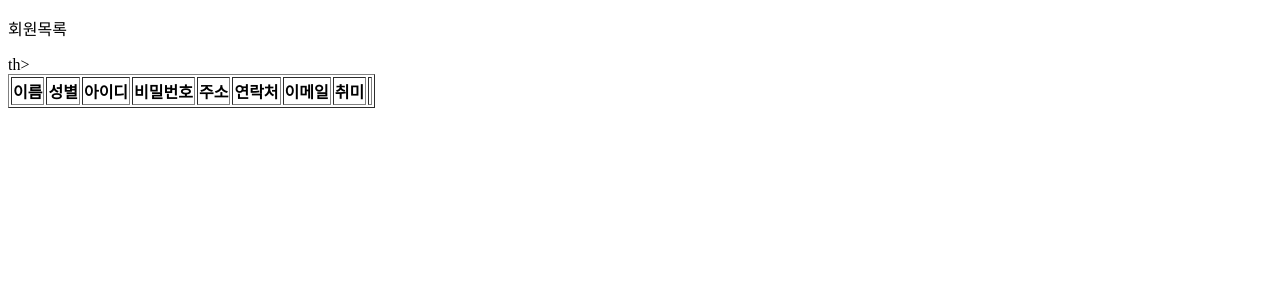
Repository: tngus3580/tngus3580
Page: http://localhost/chap04/list
An editor plug-in stored every save of this project. The page is shown before and after the next save, followed by the edit.
The browser window is 1280 px wide. The pictures show the whole page.
The page is served by Tomcat 9. Queries for data that is not in the repository find no rows.

Above is the page before, as saved 2020-11-09 02:54:03.

After the next save:
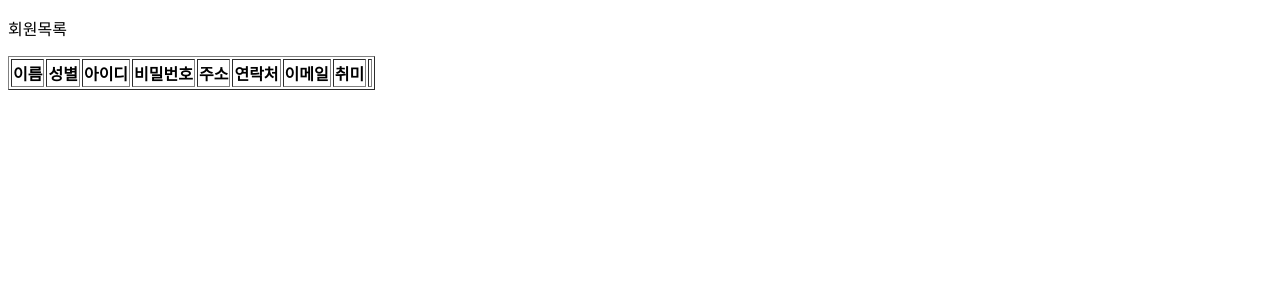
Saved 22 s later.
--- a/chap04/WebContent/list.jsp
+++ b/chap04/WebContent/list.jsp
@@ -14,7 +14,7 @@
 	<tr>
 		<th>이름</th><th>성별</th><th>아이디</th><th>비밀번호</th>
 		<th>주소</th>
-		<th>연락처</th><th>이메일</th><th>취미</th><th></tr>th>
+		<th>연락처</th><th>이메일</th><th>취미</th><th></tr>
 	<%
 			ArrayList<Member> al = (ArrayList<Member>) request.getAttribute("list");
 			for(int i = 0; i<al.size();i++){
